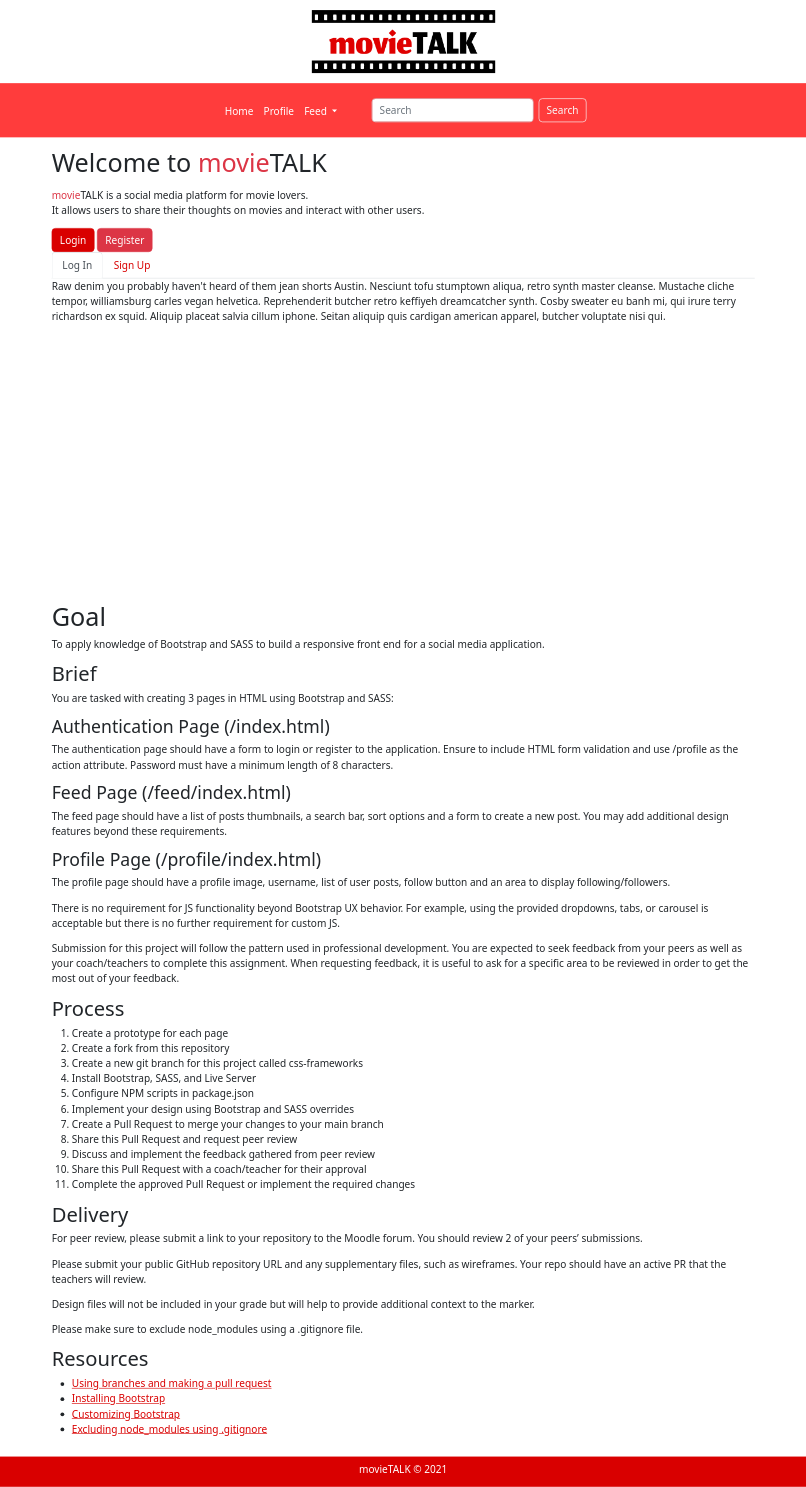
Repository: runeunhjem/css-frameworks-ca
Page: index.html
The author's editor kept a copy of each file at every save. The page is drawn from the files as they stood at one save, then again after the next save.
The browser window is 1280 px wide. The pictures show the whole page, at 63% of full size.
The style sheet was rebuilt from its Sass, Less or Tailwind sources for each picture, by a compiler version that may differ from the author's.

Above is the page before, as saved 2023-08-25 09:11:04.

After the next save:
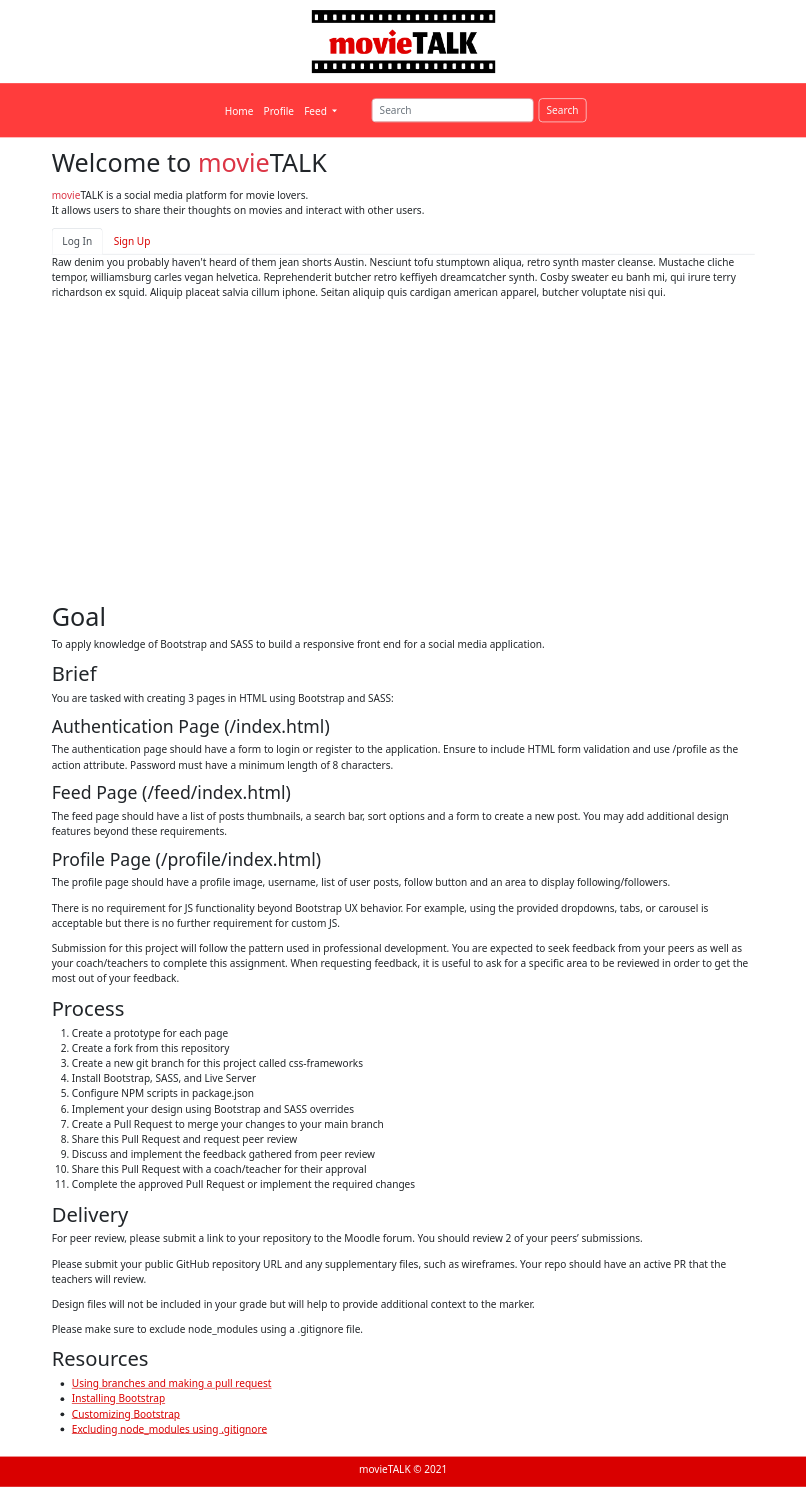
Saved 18 s later.
--- a/index.html
+++ b/index.html
@@ -66,8 +66,8 @@
         <h1>Welcome to <span class="text-danger">movie</span>TALK</h1>
         <p class="mt-3 mb-0"><span class="text-danger">movie</span>TALK is a social media platform for movie lovers.</p>
         <p class="mt-0">It allows users to share their thoughts on movies and interact with other users.</p>
-        <a href="login.php" class="btn btn-primary">Login</a>
-        <a href="register.php" class="btn btn-danger">Register</a>
+        <!-- <a href="login.php" class="btn btn-primary">Login</a>
+        <a href="register.php" class="btn btn-danger">Register</a> -->
       </div>
     </div>
   </div>
